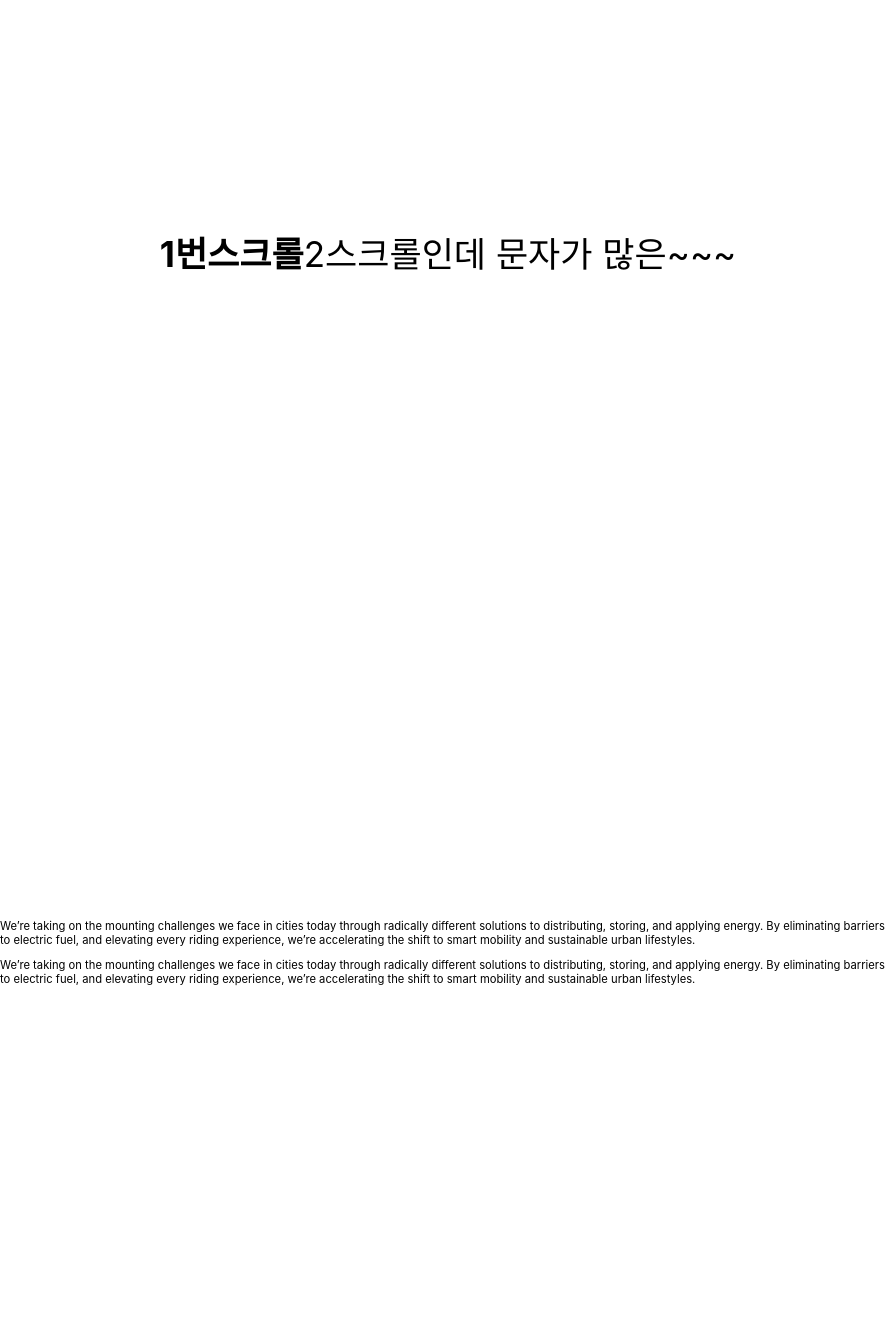
Repository: jiyeonyun/etc
Page: / (app in job/)
An editor plug-in stored every save of this project. The page is shown before and after the next save, followed by the edit.
The browser window is 1280 px wide. The pictures show the part of the page from y = 0 to 1920 px (the page is 2608 px tall), at 70% of full size.
The project was rebuilt for these pictures with package versions that can differ from the ones it lists, and the page was loaded fresh each time.

Above is the page before, as saved 2022-05-19 09:05:13.

### job/src/index.js
import React from 'react';
import ReactDOM from 'react-dom';
import './index.css';
import App from './app';
import reportWebVitals from './reportWebVitals';

ReactDOM.render(
  <React.StrictMode>
    <App />
  </React.StrictMode>,
  document.getElementById('root')
);
reportWebVitals();

### job/src/app.jsx
import styles from './app.module.css';
import Header from './components/header/header';
import Info from './components/info/info';

function App() {
  return (
    <div>
      <Header/>
      <Info/>
    </div>
  );
}

export default App;

### job/src/components/header/header.jsx
import React from 'react';
import styles from './header.module.css';
const Header = (props) => {
  return <header></header>;
};

export default Header;

### job/src/components/info/info.jsx
import React from 'react';
import styles from './info.module.css';
const Info = (props) => {
  return (
    <main>
      <section>
        <div className={styles.scrollContainer}>
          <div className={styles.stickyCopy}>
            <div className={styles.copyFirst}>
              <h1 className={styles.title}>1번스크롤</h1>
            </div>
            <div className={styles.copySecond}>
              <p className={styles.title}>2스크롤인데 문자가 많은~~~</p>
            </div>
          </div>
        </div>
        <div className={styles.scroll2}>
          <p>
            We’re taking on the mounting challenges we face in cities today through radically
            different solutions to distributing, storing, and applying energy. By eliminating
            barriers to electric fuel, and elevating every riding experience, we’re accelerating the
            shift to smart mobility and sustainable urban lifestyles.
          </p>
          <p>
            We’re taking on the mounting challenges we face in cities today through radically
            different solutions to distributing, storing, and applying energy. By eliminating
            barriers to electric fuel, and elevating every riding experience, we’re accelerating the
            shift to smart mobility and sustainable urban lifestyles.
          </p>
        </div>
      </section>
    </main>
  );
};

export default Info;

### job/src/components/info/info.module.css
.scrollContainer {
  position: relative;
  height: 180vh;
}
.scroll2 {
  position: relative;
  height: 180vh;
}
.stickyCopy {
  position: sticky;
  display: flex;
  top: 0;
  height: 100vh;
  justify-content: center;
  align-items: center;
  overflow: hidden;
  margin-left: auto;
  margin-right: auto;
}
.title {
  font-size: 50px;
}

Loaded but not shown: job/public/index.html (common file); job/src/index.css (common file); job/src/reportWebVitals.js (common file); job/src/app.module.css (no stored copy; drawn as an empty file); job/src/components/header/header.module.css (no stored copy; drawn as an empty file)

After the next save:
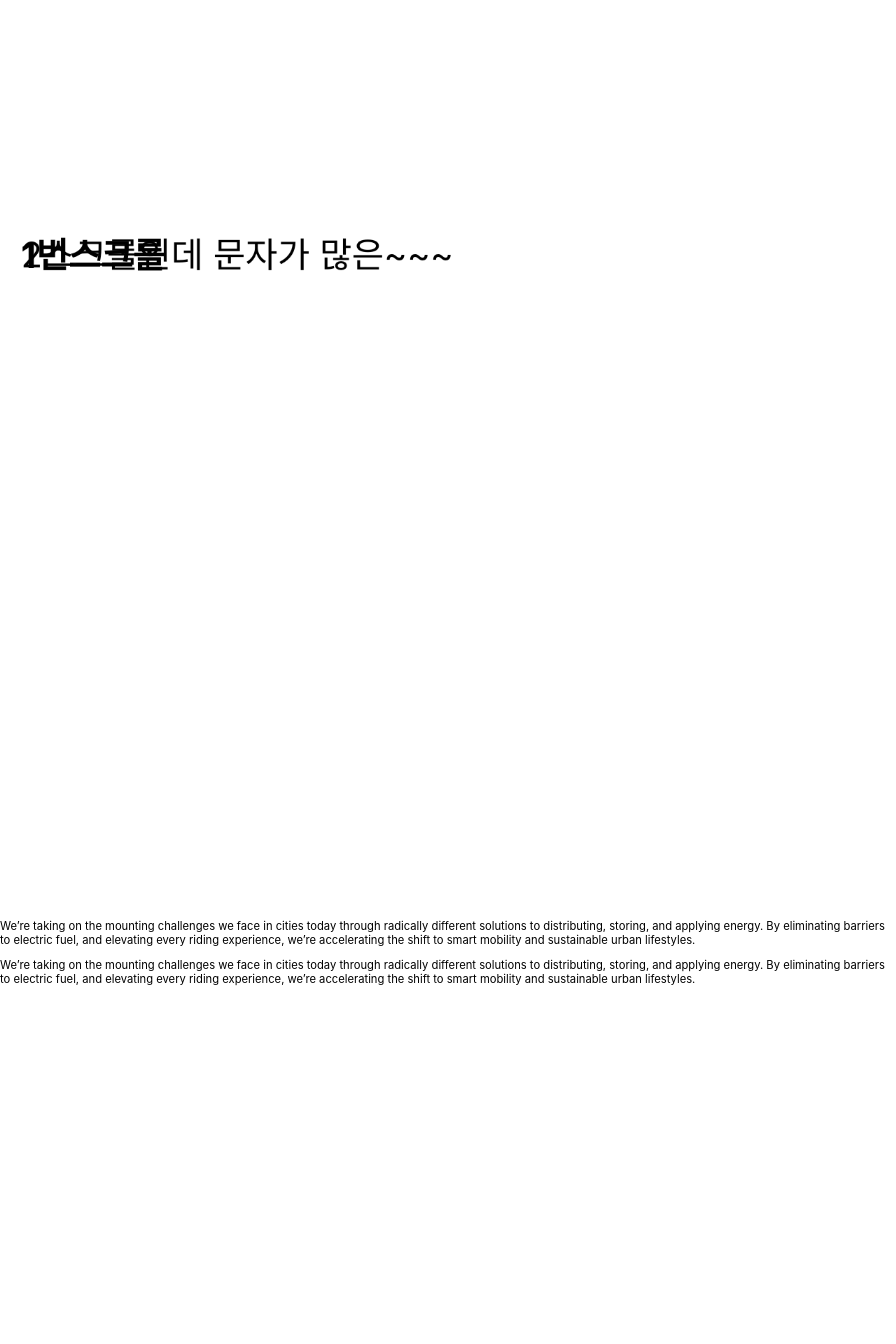
Saved 108 s later.
--- a/job/src/components/info/info.module.css
+++ b/job/src/components/info/info.module.css
@@ -20,3 +20,12 @@
 .title {
   font-size: 50px;
 }
+.copyFirst,
+.copySecond {
+  position: absolute;
+  padding: 0 30px;
+  box-sizing: border-box;
+  width: 100%;
+  pointer-events: none;
+  will-change: transform, opacity;
+}
